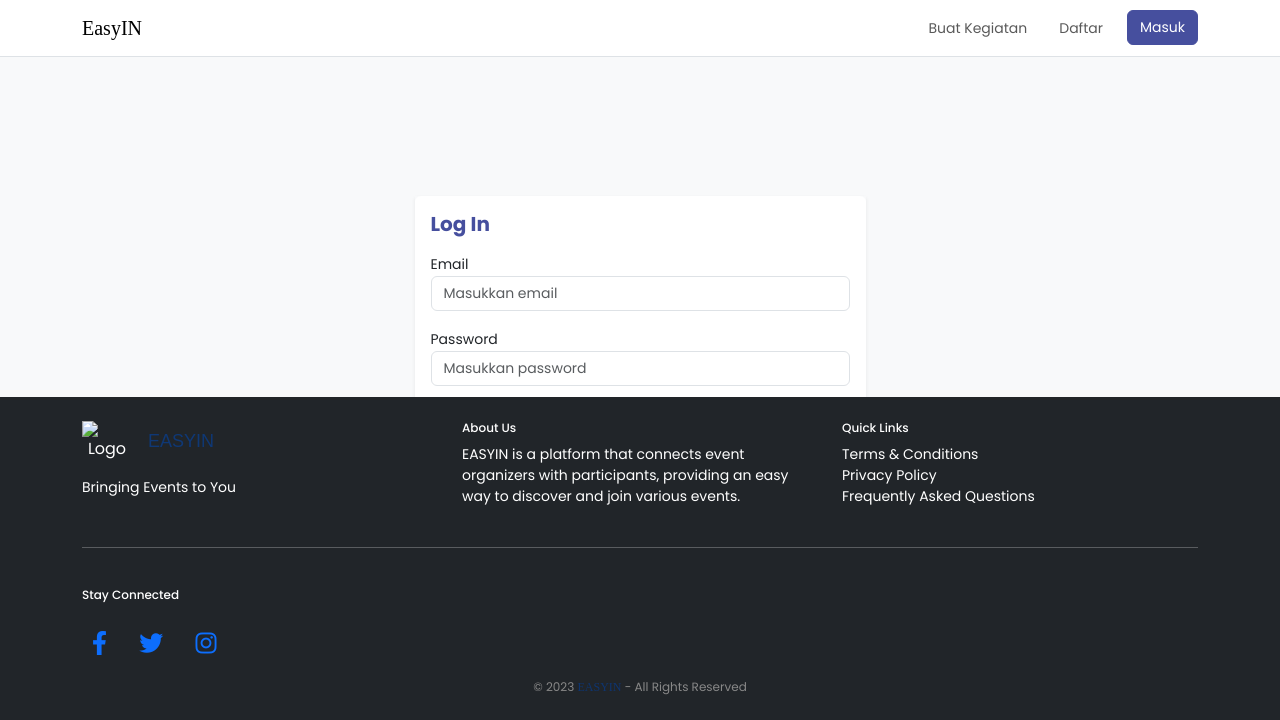
Repository: Imadaaa/Ticketing_Online
Page: http://localhost/login
The author's editor kept a copy of each file at every save. The page is drawn from the files as they stood at one save, then again after the next save.
The browser window is 1280 px wide. The pictures show the whole page.
Some web fonts or font styles are not loaded; a fallback is used. The page is served by the project's Laravel application, run on PHP 8.4 with Laravel 10.

Above is the page before, as saved 2023-08-22 03:06:33.
Console error: ReferenceError: $ is not defined

After the next save:
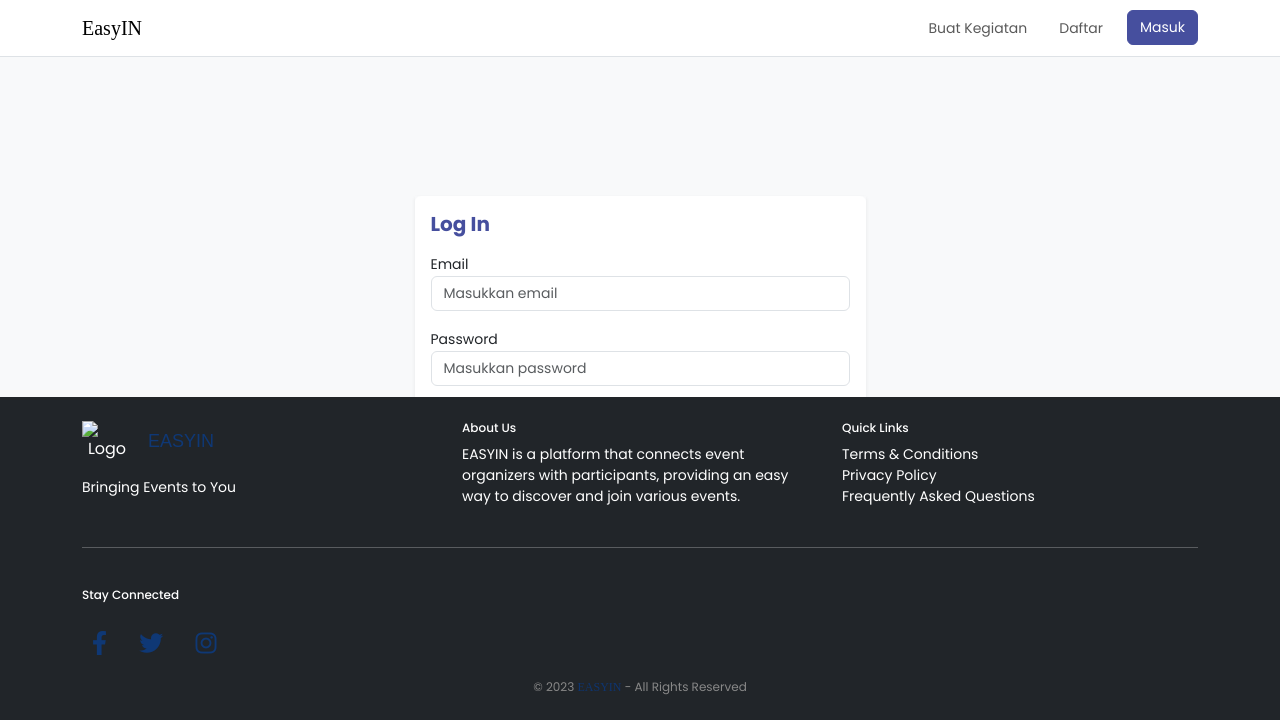
Saved 4 s later.
--- a/resources/views/template/landing-page/partials/_footer.blade.php
+++ b/resources/views/template/landing-page/partials/_footer.blade.php
@@ -26,7 +26,7 @@
 
         .social-link {
             font-size: 24px;
-            color: ##0f3875;
+            color: #0f3875;
             margin: 0 10px;
             transition: transform 0.3s ease-in-out;
         }
